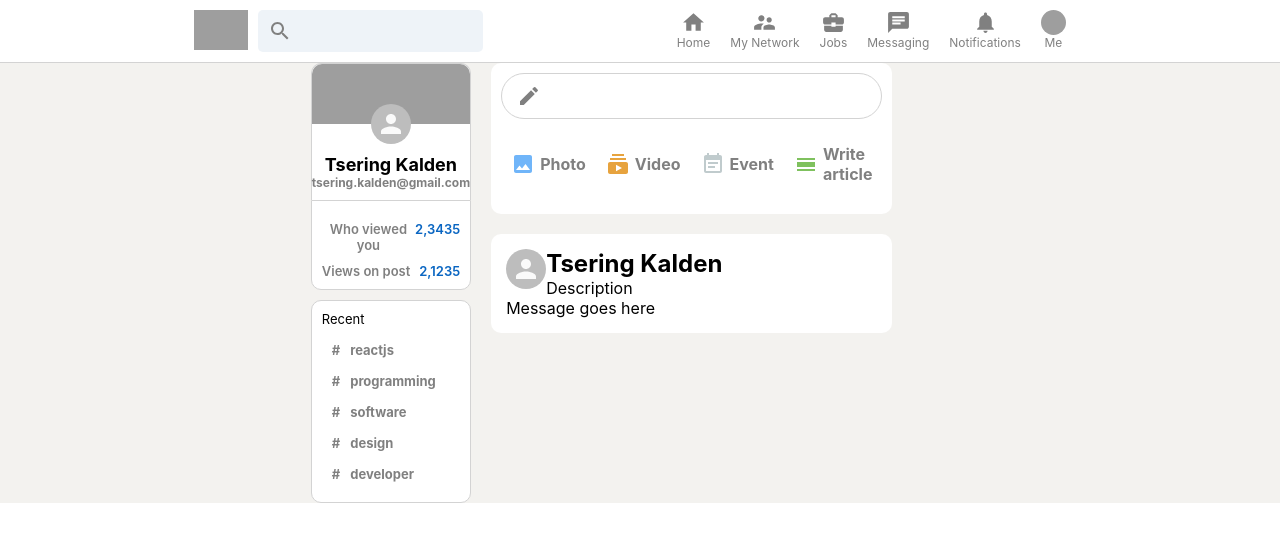
Repository: exiled-kal/linkedInreact-redux
Page: /
The author's editor kept a copy of each file at every save. The page is drawn from the files as they stood at one save, then again after a run of saves.
The browser window is 1280 px wide. The pictures show the whole page.
Pictures or frames that could not be fetched are drawn as grey boxes. The project was rebuilt for these pictures with package versions that can differ from the ones it lists, and the page was loaded fresh each time.

Above is the page before, as saved 2020-12-23 21:18:33.

After the next 2 saves:
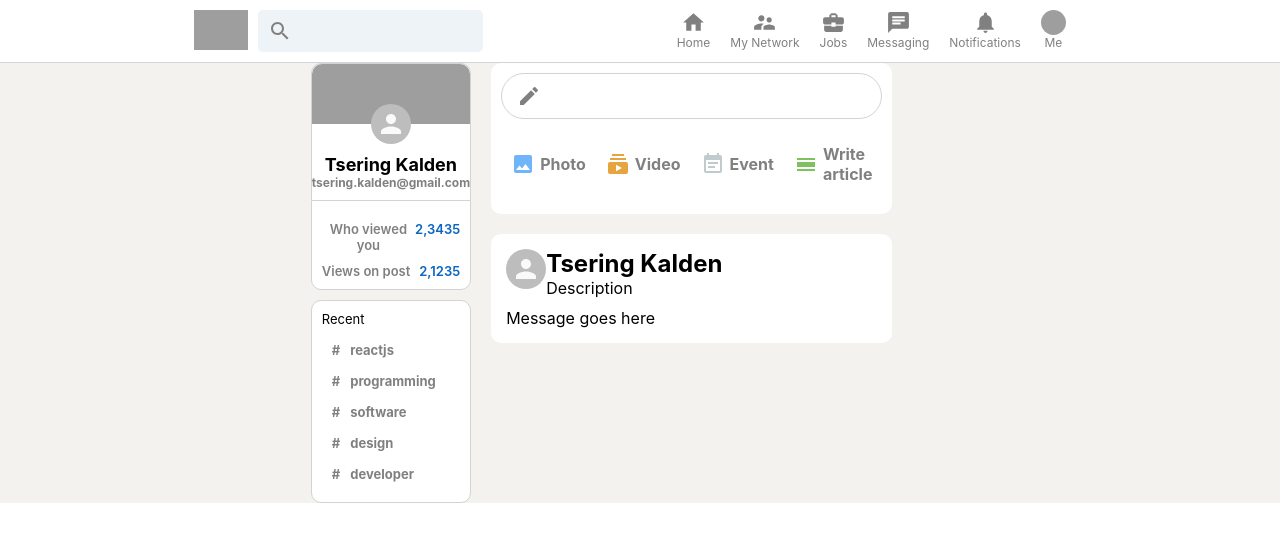
The 2 saves are shown as one change because they came seconds apart.
The last was saved 6 s later.
--- a/src/Post.css
+++ b/src/Post.css
@@ -7,5 +7,6 @@
 
 .post__header {
     display: flex;
-    margin-bottom: ;
+    margin-bottom: 10px;
+    mar
 }
